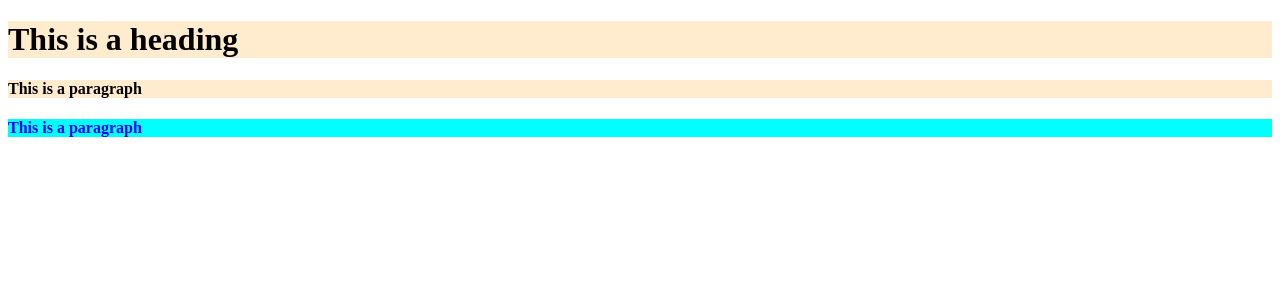
Repository: AishwaryaPandey987/PGLife
Page: home.html
An editor plug-in stored every save of this project. The page is shown before and after the next save, followed by the edit.
The browser window is 1280 px wide. The pictures show the whole page.

Above is the page before, as saved 2022-10-26 19:56:48.

### home.html
<!DOCTYPE html>
<html>
  <head>
    <title>CSS Page</title>
    <link rel="stylesheet" href="css/style.css" />
  </head>

   <div>
    <p>
    <h1 class="heading">This is a heading</h1>
    </p>
  </div>
  <div>
    <p>
      <h4 class="heading">This is a paragraph</h4>
      <p>
        <h4 id="head">This is a paragraph</h4>
      </p>
    </p>
  </div>

  </body>
</html>

### css/style.css
#head{
  color: blue;
  background-color: aqua;
}

.heading{
  color: black;
  background-color: blanchedalmond;
}

After the next save:
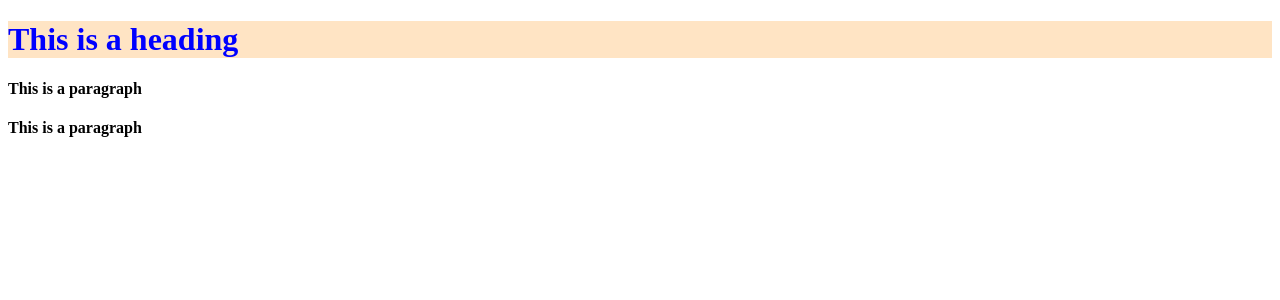
Saved 98 s later.
--- a/css/style.css
+++ b/css/style.css
@@ -1,9 +1,9 @@
-#head{
-  color: blue;
-  background-color: aqua;
+p>h4 {
+   color: black;
+   background-color: pink;
 }
 
-.heading{
-  color: black;
-  background-color: blanchedalmond;
+div h1{
+  color: blue;
+  background-color: bisque;
 }
